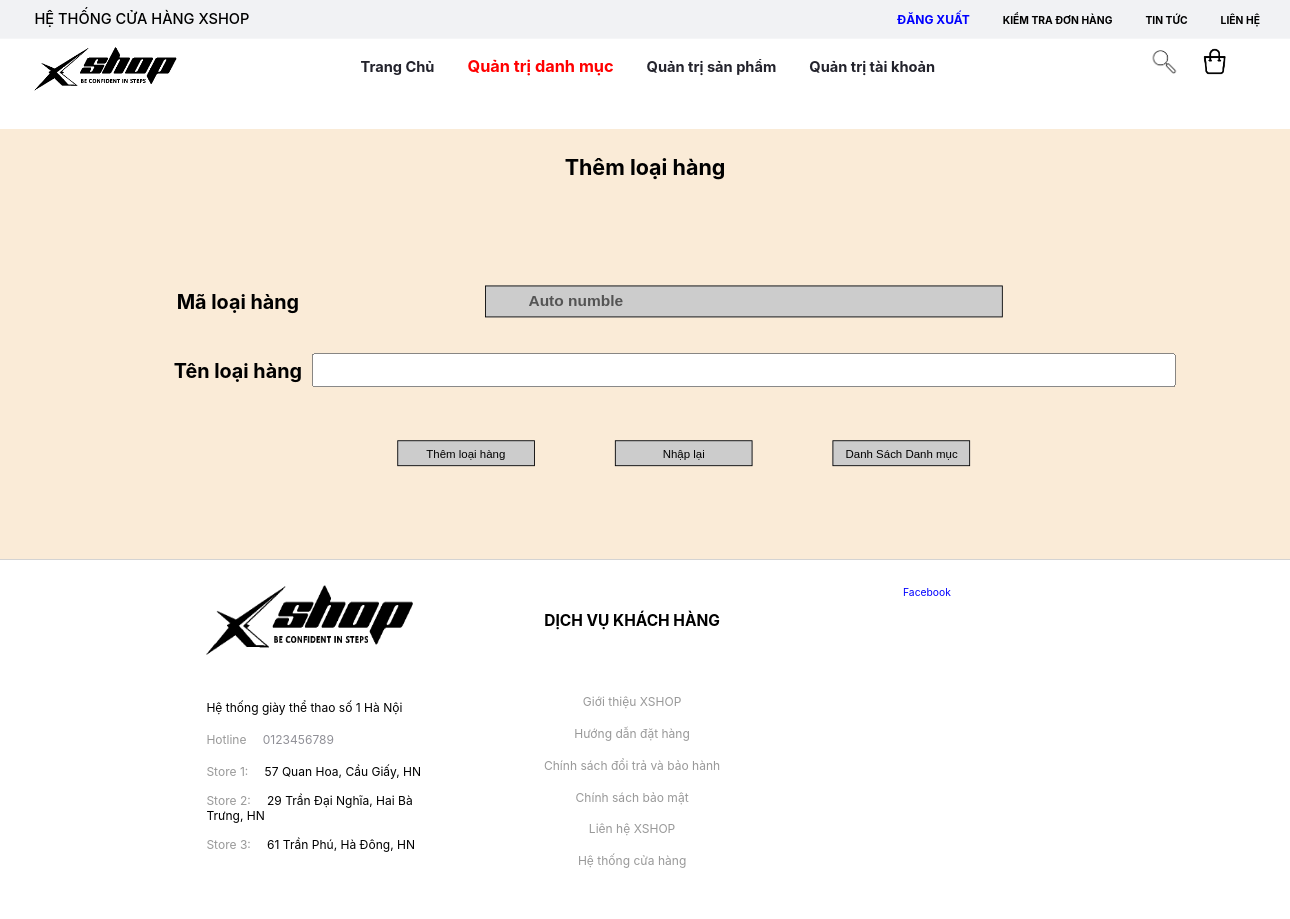
Repository: tienaq123/dam
Page: http://localhost/ass/ad/suadanhmuc.php
The author's editor kept a copy of each file at every save. The page is drawn from the files as they stood at one save, then again after the next save.
The browser window is 1280 px wide. The page is 1500 px wide, so the pictures cover 1500 px, including what lies to the right of the window. The pictures show the whole page, at 86% of full size.
The page is run by PHP 8.4 with error messages shown; the project is at /var/www/html/.

Above is the page before, as saved 2021-10-21 04:25:02.

### ad/suadanhmuc.php
<!DOCTYPE html>
<html lang="en">

<head>
  <meta charset="UTF-8">
  <meta http-equiv="X-UA-Compatible" content="IE=edge">
  <meta name="viewport" content="width=device-width, initial-scale=1.0">
  <title>Document</title>
  <link rel="stylesheet" href="../css/themdm.css">
</head>
<style>
  .main {
    margin-left: 200px;

  }
</style>

<body>


  <div id="wapper">

    <div id="topbar">
      <a href="#">
        <h2> HỆ THỐNG CỬA HÀNG XSHOP</h2>
      </a>
      <ul>
        <li><a class="active" style="color:blue; font-size: 14px;" href="../logout.php">ĐĂNG XUẤT</a></li>
        <li><a href="product.php">KIỂM TRA ĐƠN HÀNG</a></li>
        <li><a href="product.php">TIN TỨC</a></li>
        <li><a href="product.php">LIÊN HỆ</a></li>
      </ul>
    </div>
    <header id="header">
      <div id="logo">
        <a href="http://localhost/ass/"> <img src="../img/logo.png" alt="Logo"></a>
      </div>
      <div class="menu">
        <ul>
          <li><a href="../home.php">Trang Chủ</a></li>
          <li><a href="quantridanhmuc.php" style="color: red; font-size: 19px;">Quản trị danh mục</a></li>
          <li><a href="quantrisanpham.php">Quản trị sản phẩm</a></li>
          <li><a href="quantritaikhoan.php">Quản trị tài khoản</a></li>
          <div id="nav">
            <a href="product.php"> <img src="../img/search.png" alt=""></a>
            <a href="product.php"><img src="../img/giohang.png" alt=""></a>
          </div>
        </ul>

      </div>

    </header>

    <!-- END HEADER -->

    <main>
      <?php include '../db.php';
      if (isset($_GET['masua'])) {
        $madmsua = $_GET['masua'];
        $sqldm = "select * from danhmuc where id_danhmuc='$madmsua'";
        $kqdm = $conn->query($sqldm)->fetch();
      }
      ?>
      <h2 style="font-size: 25px; padding-top: 30px; margin-left: 0px; margin-bottom: 100px;">Thêm loại hàng</h2>
      <form action="" method="POST">
        <table class="main">
          <tr>
            <td>
              <Span style="font-size: 23px; font-weight:bold;">Mã loại hàng </Span>
            </td>
            <td>
              <input style="margin: 20px 0px 20px 10px;  width: 600px; height: 35px; font-weight:bold; font-size: 18px; background-color: #ccc; border: 1px solid #000;" type="text" name="tendanhmuc" value="          Auto numble" disabled> <br>
            </td>
          </tr>

          <tr>
            <td>
              <Span style="font-size: 23px; font-weight:bold;">Tên loại hàng </Span>
            </td>
            <td>
              <input style="margin: 20px 0px 20px 10px;  width: 1000px; height: 35px; font-weight:bold;" type="text" name="tendanhmuc"> <br>
            </td>
          </tr>


        </table>
        <input style="background-color: #ccc; width: 160px; height: 30px; margin:40px 0px 20px 90px; border: 1px solid #000; cursor:pointer;" type="submit" value="Thêm loại hàng" name="btn">
        <input style="background-color: #ccc; width: 160px; height: 30px; margin:40px 0px 20px 90px; border: 1px solid #000; cursor:pointer;" type="reset" value="Nhập lại" name="btn">

        <button style="background-color: #ccc; width: 160px; height: 30px; margin:40px 0px 20px 90px;border: 1px solid #000;"><a style="color: #000;" href="quantridanhmuc.php">Danh Sách Danh mục</a></button>

        <!-- <input style="margin: 20px 0px 20px 10px; " type="text" name="tendanhmuc"> <br>
                <input style="background-color: #ccc; width: 160px; height: 30px; margin:0px 0px 20px 90px;" type="submit" value="Thêm danh mục" name="btn"> -->
      </form>
      <?php
      include '../db.php';
      if (isset($_POST['btn'])) {
        $tendanhmuc = $_POST['tendanhmuc'];
        $sql = "insert into danhmuc values(null, '$tendanhmuc')";
        $kq = $conn->exec($sql);
        if ($kq == 1)
          // echo "Thêm thành công danh mục!";
          header("location:quantridanhmuc.php");
        else
          echo "Không thêm được";
      }
      ?>
    </main>

    <!-- END MAIN -->

    <footer id="footer">
      <div id="logo_footer">
        <a href="#"><img src="../img/logo.png" alt=""></a>
        <p>Hệ thống giày thể thao số 1 Hà Nội</p>
        <p class="hotline"><span>Hotline</span> <a href="#">0123456789</a></p>
        <p><span>Store 1:</span> 57 Quan Hoa, Cầu Giấy, HN <br> <br> <span>Store 2:</span> 29 Trần Đại Nghĩa,
          Hai Bà Trưng, HN <br> <br><span>Store 3:</span> 61
          Trần Phú, Hà Đông, HN <br> <br> </p>
      </div>
      <div id="dichvu">
        <h2>DỊCH VỤ KHÁCH HÀNG</h2>
        <p><a href="#">Giới thiệu XSHOP</a> <br> </p>
        <p><a href="#">Hướng dẫn đặt hàng</a> <br> </p>
        <p><a href="#">Chính sách đổi trả và bảo hành</a> <br> </p>
        <p><a href="#">Chính sách bảo mật</a> <br> </p>
        <p><a href="#">Liên hệ XSHOP</a> <br> </p>
        <p><a href="#">Hệ thống cửa hàng</a></p>
      </div>

      <div id="facebook">
        <div id="fb-root"></div>
        <script async defer crossorigin="anonymous" src="https://connect.facebook.net/vi_VN/sdk.js#xfbml=1&version=v10.0&appId=256623368880552&autoLogAppEvents=1" nonce="aj8H3wq8"></script>
        <div class="fb-page" data-href="https://www.facebook.com/facebook" data-tabs="timeline" data-width="250" data-height="300" data-small-header="false" data-adapt-container-width="true" data-hide-cover="false" data-show-facepile="true">
          <blockquote cite="https://www.facebook.com/facebook" class="fb-xfbml-parse-ignore"><a href="https://www.facebook.com/facebook">Facebook</a></blockquote>
        </div>
      </div>
    </footer>
  </div>
</body>

</html>

### db.php
<?php
    try {
        $conn=new PDO("mysql:host=localhost; dbname=dam;charset=utf8", "root", "");
    } catch (PDOException $e) {
        echo "Lỗi kết nối";
    }

### css/themdm.css
* {
    margin: 0;
    padding: 0;
}

body {
    font-family: -apple-system, BlinkMacSystemFont, 'Segoe UI', Roboto, Oxygen, Ubuntu, Cantarell, 'Open Sans', 'Helvetica Neue', sans-serif;
    font-size: 12px;
}

a {
    text-decoration: none;
    color: blue;
    list-style: none;
}

/* a:hover{
color: white;
} */

img {
    border: 0px;
}

header,
nav,
section,
aside,
article,
footer,
figure {
    display: block;
}

/* code page */

#wapper {
    width: 1500px;
    margin: auto;
    ;
    overflow: hidden;
}

#topbar {
    width: 1500px;
    height: 45px;
    background-color: #f1f2f4;
    float: left;
}

#topbar h2 {
    font-size: 17px;
    font-weight: 500;
    line-height: 45px;
    margin-left: 40px;
    color: #000;
    float: left;
}

#topbar ul {
    float: right;
}

#topbar ul li {
    display: inline-block;
    line-height: 45px;
    margin-right: 35px;
}

#topbar ul li a {
    color: #000;
    font-weight: bolder;
}

#topbar ul li a:hover {
    color: #775454;
}

#topbar ul li .active {
    color: cornflowerblue;
    font-size: 14px;
}

#header {
    width: 100%;
    height: 100px;
    background-color: #ffffff;
    padding: 10px 0 40px 0;
}

#header #logo img {
    float: left;
    width: 165px;
    height: 50px;
    color: #000;
    margin: 10px 0 0 40px;
}

#header .menu ul {
    text-align: center;
    margin-right: 50px;
    line-height: 66px;
}

#header .menu ul li {
    display: inline-block;
    margin-right: 35px;
}

#header .menu ul li a {
    font-size: 17px;
    font-weight: bold;
    color: #23232c;
}

#header .menu ul li a:hover {
    color: red;
}

#nav {
    float: right;
    line-height: 80px;
}

#nav img {
    width: 35px;
    height: 35px;
    margin-right: 20px;
}



main {
    text-align: center;
    min-height: 500px;
    background: antiquewhite;
}

.main{
    margin-left: 200px;
}



#footer {
    width: 1500px;
    border-top: 1px solid #ccc;
    display: grid;
    grid-template-columns: 1fr 1fr 1fr;
}

#footer #logo_footer {
    float: left;
}

#footer #logo_footer img {
    width: 240px;
    height: 80px;
    margin: 30px 0 30px 240px;
}

#footer #logo_footer a {
    color: #909097;
}

#footer #logo_footer span {
    color: #999999;
    margin-right: 15px;
}

#footer #logo_footer p {
    font-size: 14px;
    margin: 20px 0 20px 240px;
}

#footer #dichvu {
    text-align: center;
    margin: 60px 30px 40px 0;
}

#footer #dichvu h2 {
    margin-bottom: 75px;
}

#footer #dichvu p {
    margin-bottom: 20px;
}

#footer #dichvu p a {
    font-size: 14px;
    color: #999999;
}

#footer #facebook {
    margin: 30px 0 0 50px;
}

After the next save:
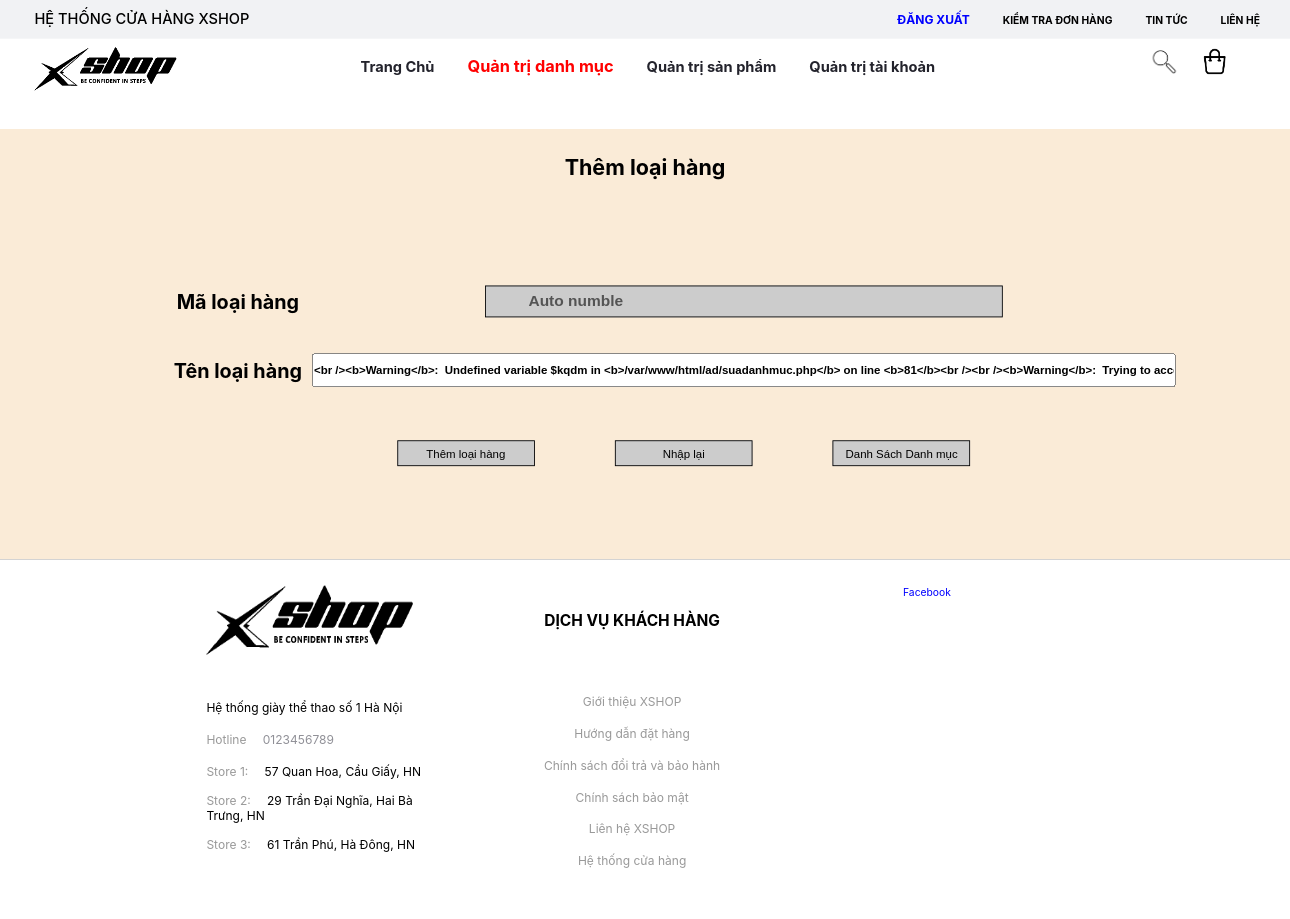
Saved 2 min 21 s later.
--- a/ad/suadanhmuc.php
+++ b/ad/suadanhmuc.php
@@ -78,7 +78,7 @@
               <Span style="font-size: 23px; font-weight:bold;">Tên loại hàng </Span>
             </td>
             <td>
-              <input style="margin: 20px 0px 20px 10px;  width: 1000px; height: 35px; font-weight:bold;" type="text" name="tendanhmuc"> <br>
+              <input style="margin: 20px 0px 20px 10px;  width: 1000px; height: 35px; font-weight:bold;" type="text" name="tendanhmuc" value="<?php echo $kqdm['tendanhmuc'] ?>"> <br>
             </td>
           </tr>
 
